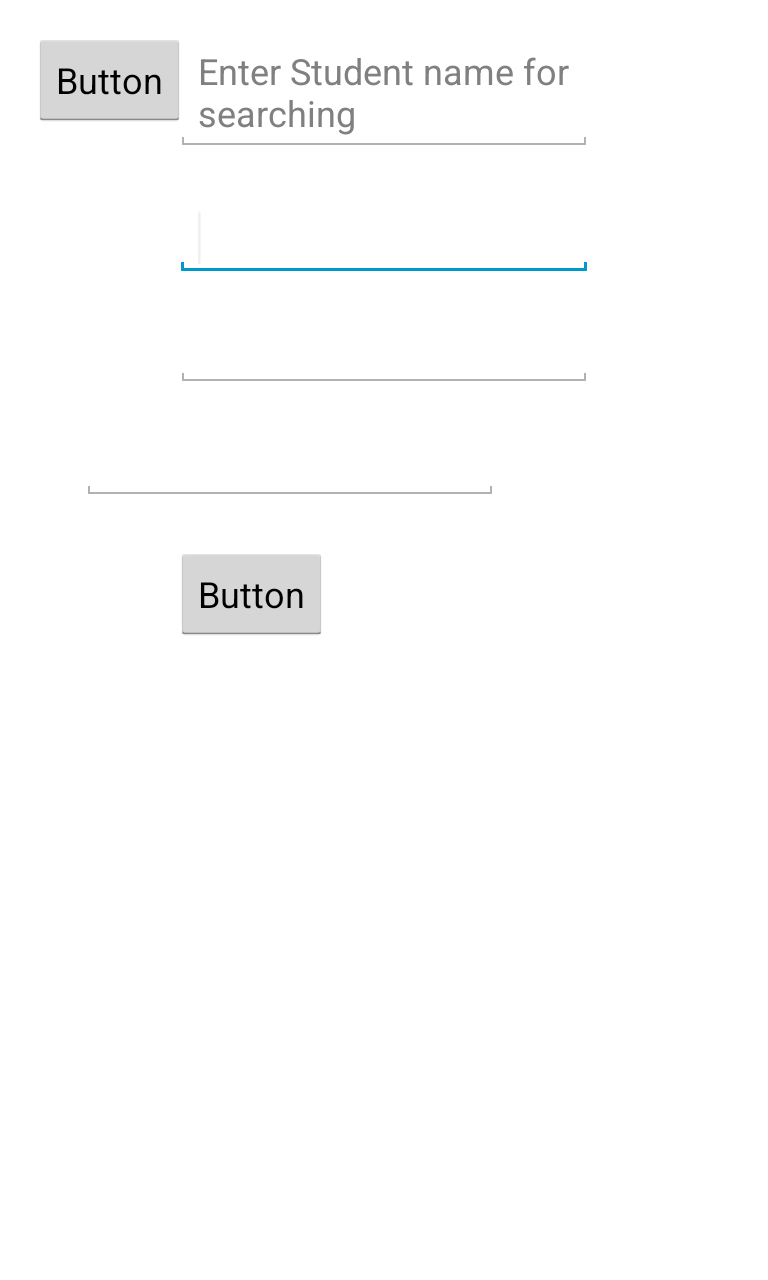
Repository: amittttt/Android-HP
Layout: Sqllite/res/layout/activity_main.xml
The author's editor kept a copy of each file at every save. The layout is drawn from the files as they stood at one save, then again after the next save.
It is drawn on a 768 x 1280 px phone screen (xhdpi) without system bars, with theme AppTheme; the app's code is not run.

Above is the layout before, as saved 2016-05-13 05:11:40.

After the next save:
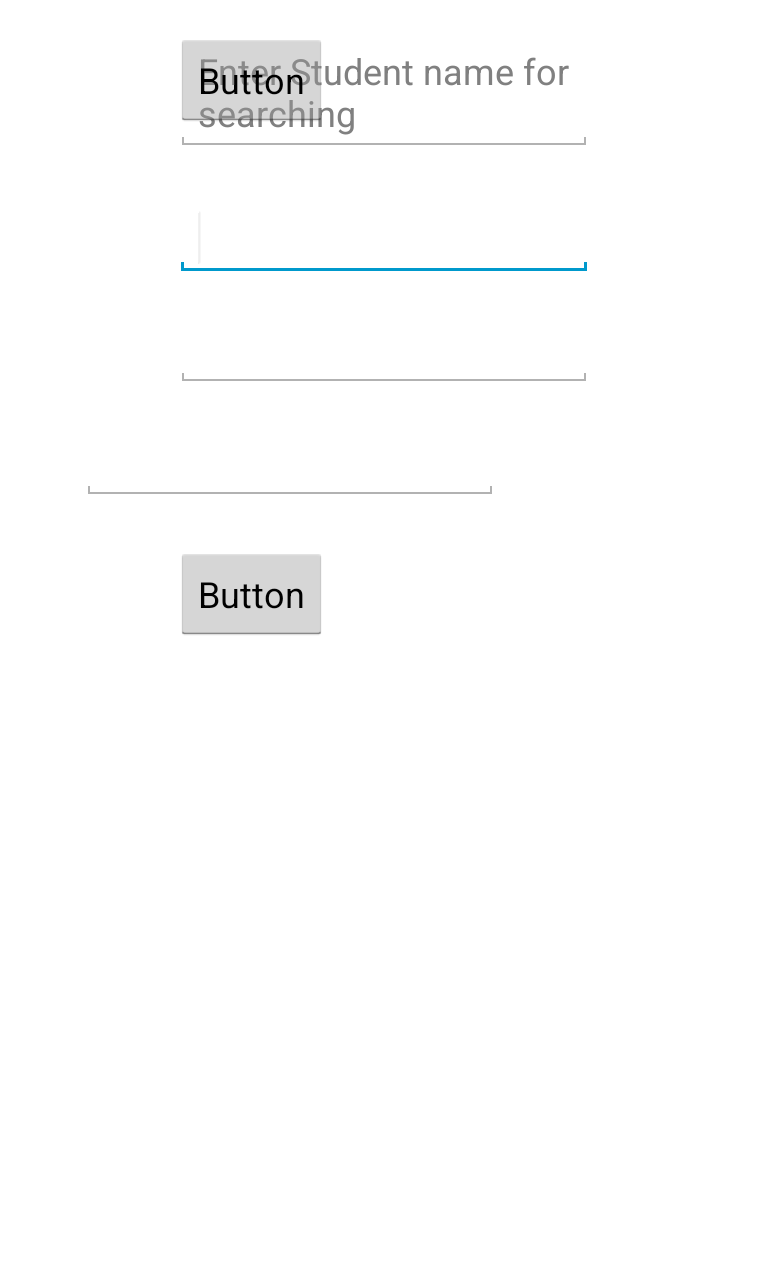
Saved 31 s later.
--- a/Sqllite/res/layout/activity_main.xml
+++ b/Sqllite/res/layout/activity_main.xml
@@ -63,7 +63,7 @@
         android:id="@+id/update"
         android:layout_width="wrap_content"
         android:layout_height="wrap_content"
-
+       android:layout_alignRight="@+id/insert"
 
         android:text="Button" />
 
